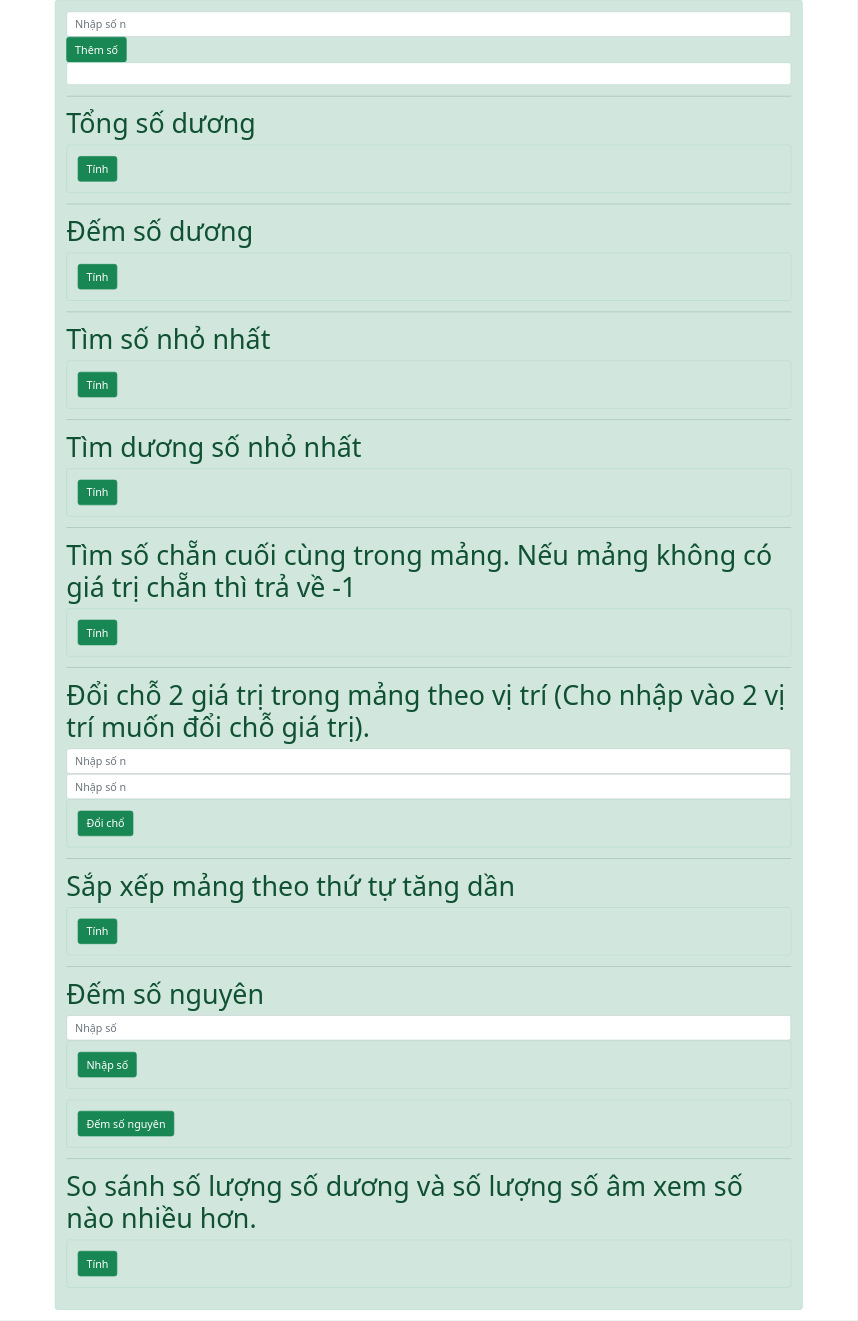
Repository: qkhanh1104k/Js-buoi7-8
Page: index.html
An editor plug-in stored every save of this project. The page is shown before and after the next save, followed by the edit.
The browser window is 1280 px wide. The pictures show the whole page, at 67% of full size.

Above is the page before, as saved 2022-07-26 23:50:02.

After the next save:
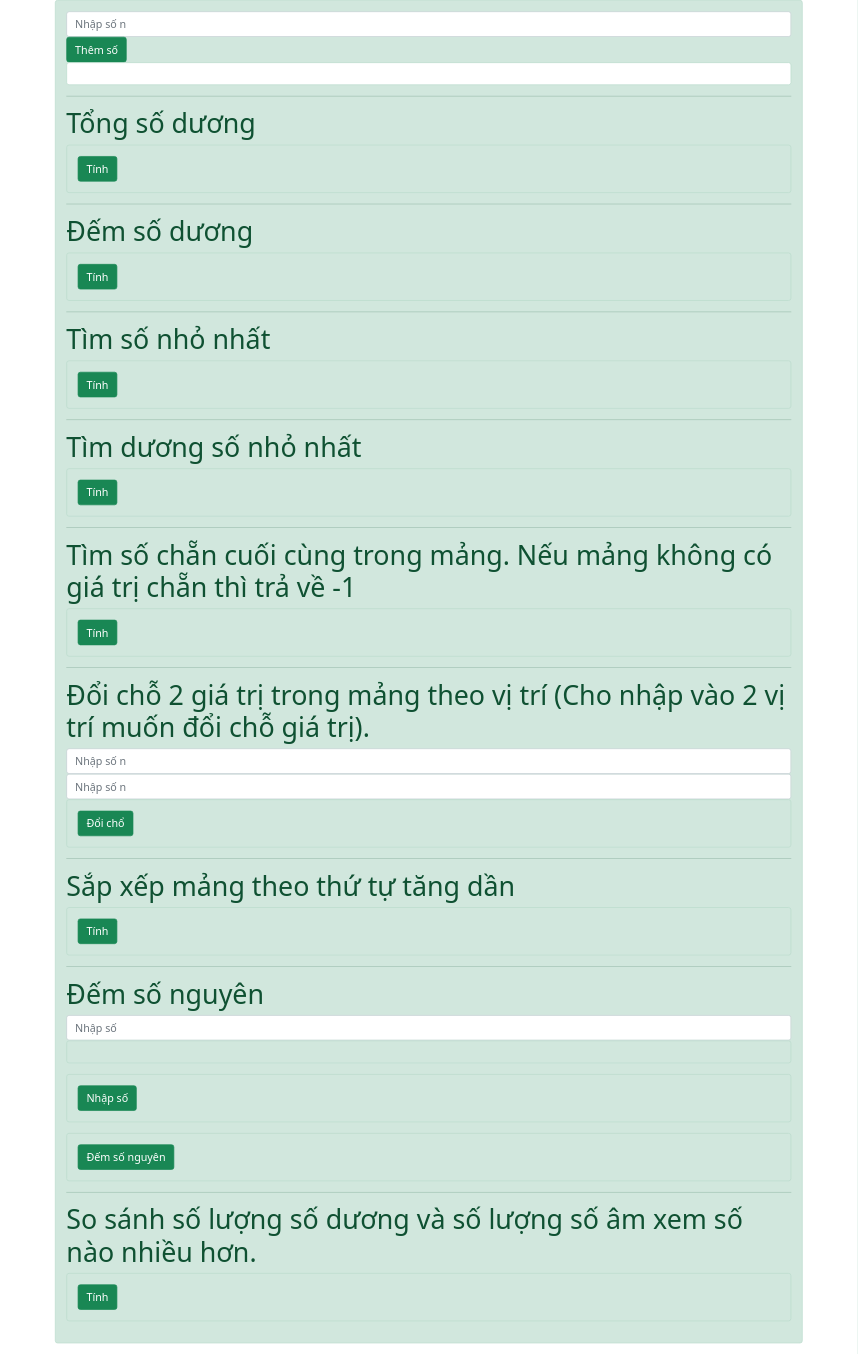
Saved 61 s later.
--- a/index.html
+++ b/index.html
@@ -118,7 +118,9 @@
               id="txtNumBt9"
               class="form-control"
             />
-            <div class="alert alert-success" id="resBt10">
+            <div class="alert alert-success" id="resBt10"></div>
+            <div class="alert alert-success">
+
               <button class="btn btn-success" onclick="pushNum()">
                 Nhập số
               </button>
